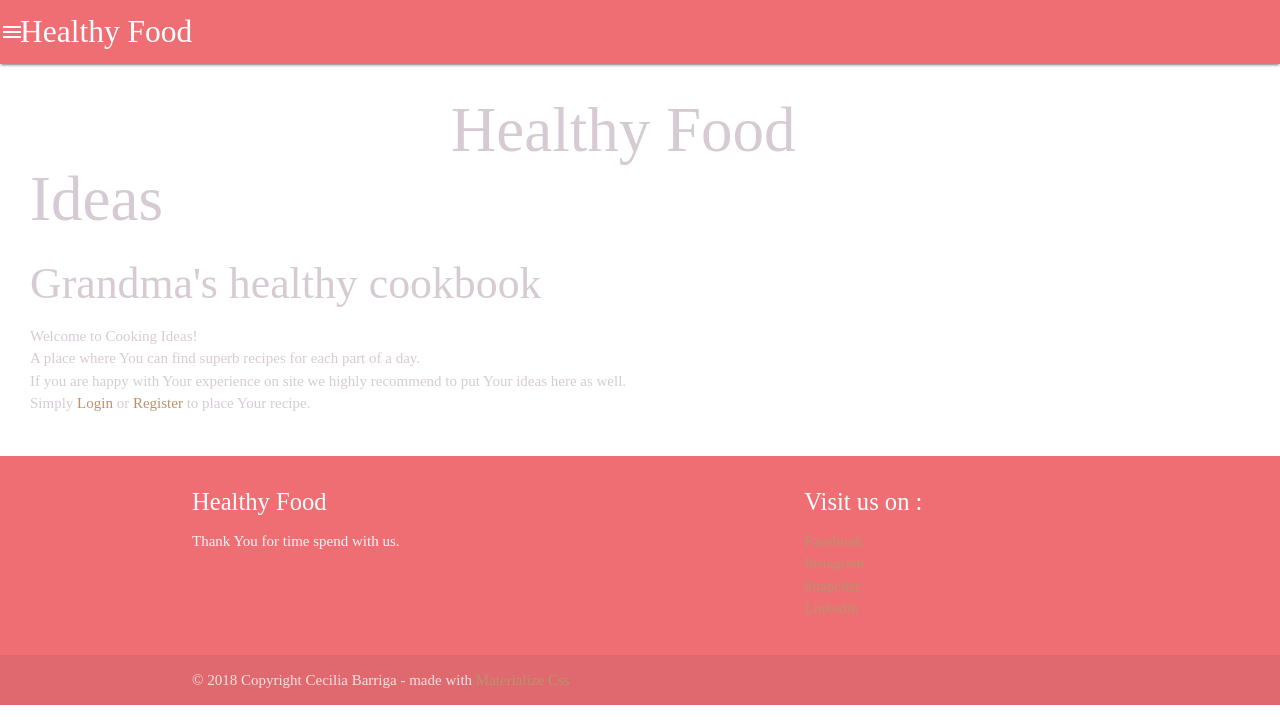
Repository: cesole/cookbook
Page: http://localhost/
The author's editor kept a record of every edit. The page is drawn from the files as they stood at one moment, then again after the next edit.
The browser window is 1280 px wide. The pictures show the whole page.
Some web fonts or font styles are not loaded; a fallback is used. The page is served by the project's application, run on Flask 3 (app.py).

Above is the page before.
Console error: TypeError: Cannot read properties of undefined (reading 'offsetHeight')

After the next edit:
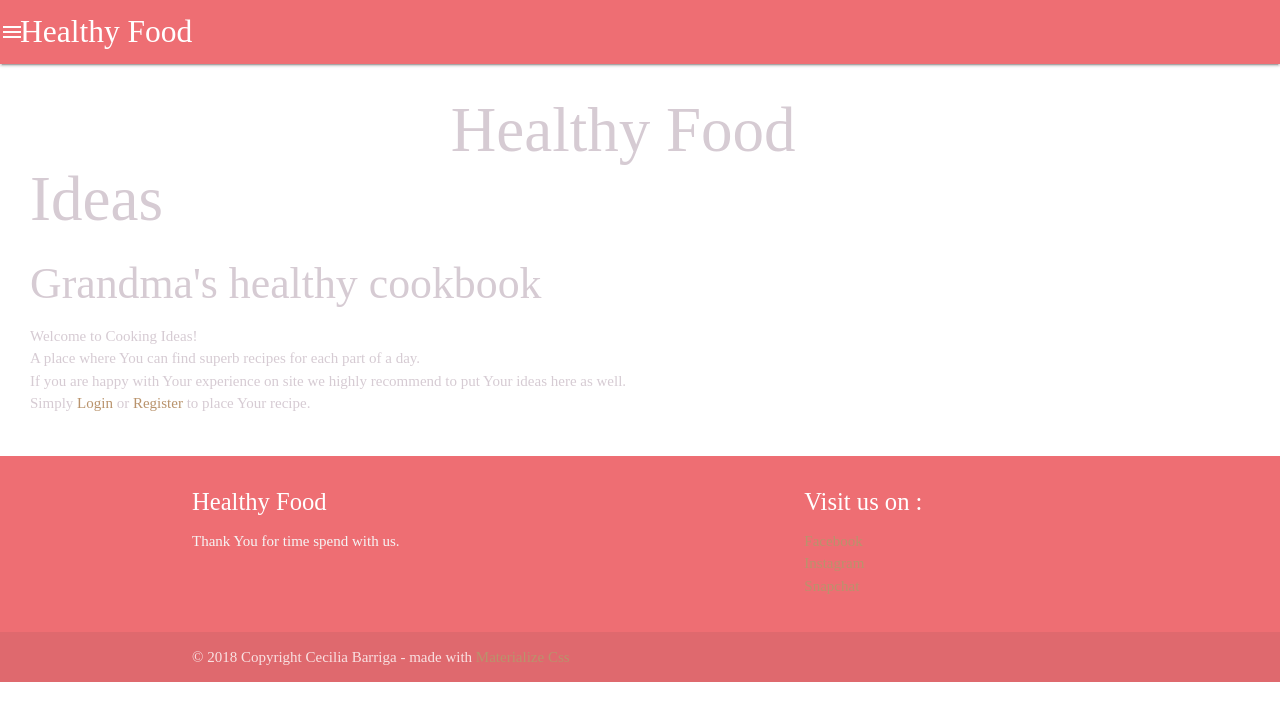
The edit:
--- a/templates/base.html
+++ b/templates/base.html
@@ -73,10 +73,9 @@
                 <div class="col l4 offset-l2 s12">
                     <h5 class="white-text">Visit us on :</h5>
                     <ul>
-                      <li><i class="fas fa-plus fa-xs"></i><a class="orange-text text-lighten-3" href="https://www.facebook.com/" target=_blank>Facebook</a></li>
-                      <li><i class="fas fa-plus fa-xs"></i><a class="orange-text text-lighten-3" href="https://www.instagram.com/" target=_blank>Instagram</a></li>
-                      <li><i class="fas fa-plus fa-xs"></i><a class="orange-text text-lighten-3" href="https://www.snapchat.com/" target=_blank>Snapchat</a></li>
-                      <li><i class="fas fa-plus fa-xs"></i><a class="orange-text text-lighten-3" href="https://www.linkedin.com/" target=_blank>Linkedin</a></li>
+                      <li><i class="fas facebook-square"></i><a class="orange-text text-lighten-3" href="https://www.facebook.com/" target=_blank>Facebook</a></li>
+                      <li><i class="fas instagram"></i><a class="orange-text text-lighten-3" href="https://www.instagram.com/" target=_blank>Instagram</a></li>
+                      <li><i class="fas snapchat-square"></i><a class="orange-text text-lighten-3" href="https://www.snapchat.com/" target=_blank>Snapchat</a></li>
                     </ul>
                 </div>
             </div>
